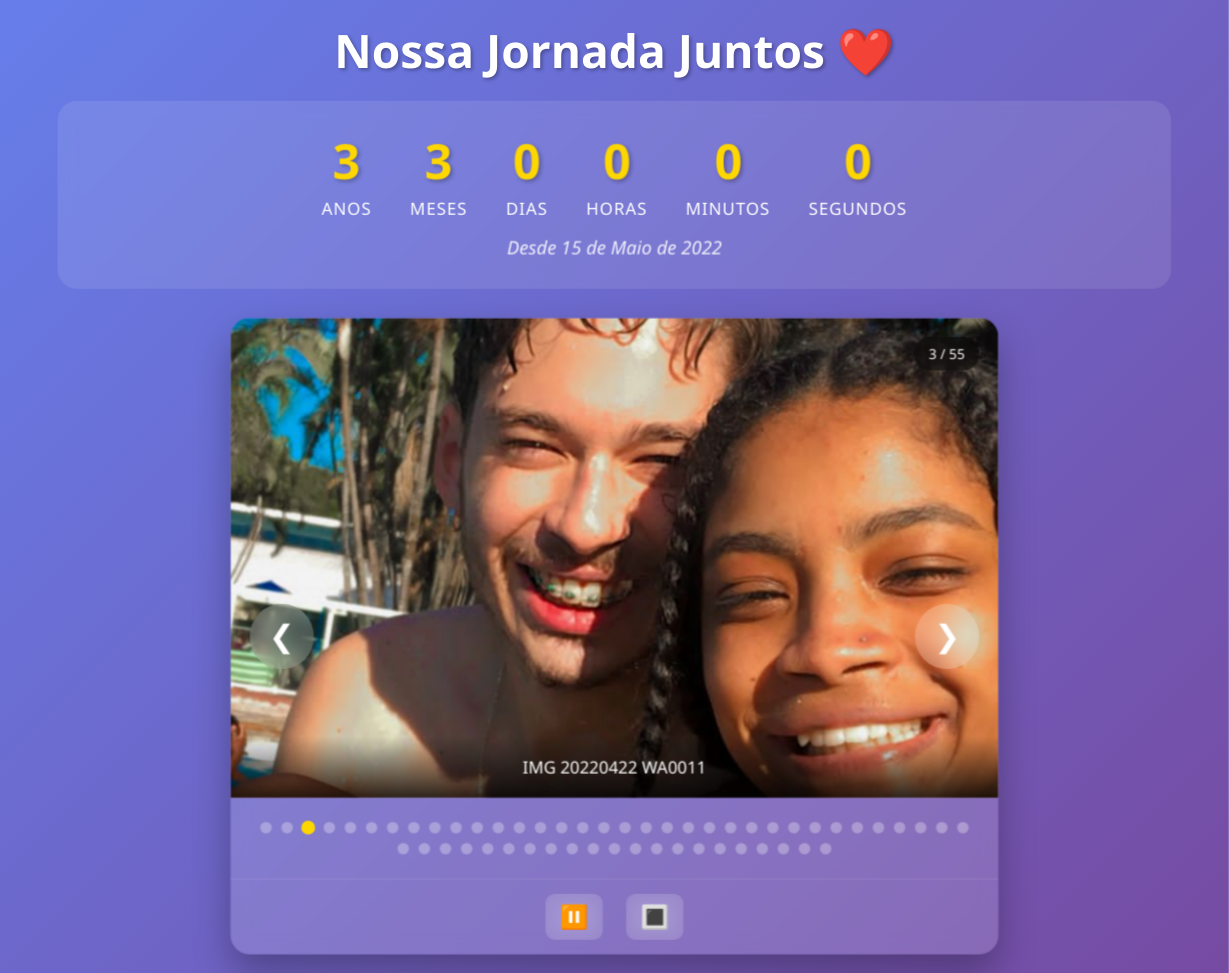
Repository: yan-luca/vic-yan
Page: index.html
These files come from the project's save history. The page is drawn as it stood at one moment and after the next save; the edit follows.
The browser window is 1280 px wide. The pictures show the whole page, at 96% of full size.

Above is the page before, as saved 2025-08-15 00:31:19.

After the next save:
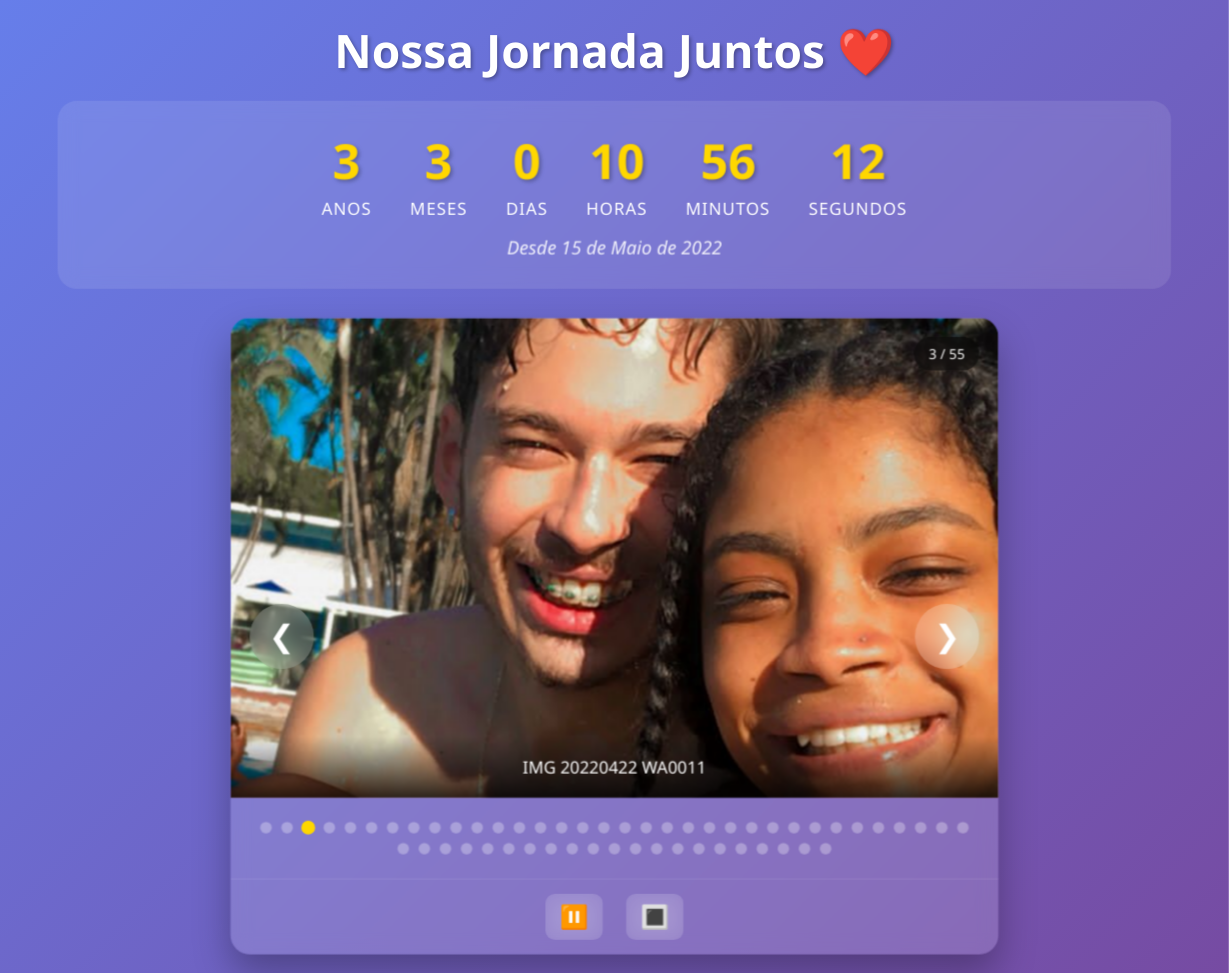
Saved 11 s later.
--- a/script.js
+++ b/script.js
@@ -92,10 +92,16 @@ function updateCounter() {
     const years = Math.floor(diff / (365.25 * 24 * 60 * 60 * 1000));
     const months = Math.floor((diff % (365.25 * 24 * 60 * 60 * 1000)) / (30.44 * 24 * 60 * 60 * 1000));
     const days = Math.floor((diff % (30.44 * 24 * 60 * 60 * 1000)) / (24 * 60 * 60 * 1000));
+    const hours = Math.floor((diff % (24 * 60 * 60 * 1000)) / (60 * 60 * 1000));
+    const minutes = Math.floor((diff % (60 * 60 * 1000)) / (60 * 1000));
+    const seconds = Math.floor((diff % (60 * 1000)) / 1000);
 
     document.getElementById('years').textContent = years;
     document.getElementById('months').textContent = months;
     document.getElementById('days').textContent = days;
+    document.getElementById('hours').textContent = hours;
+    document.getElementById('minutes').textContent = minutes;
+    document.getElementById('seconds').textContent = seconds;
 }
 
 // Função para carregar imagens
